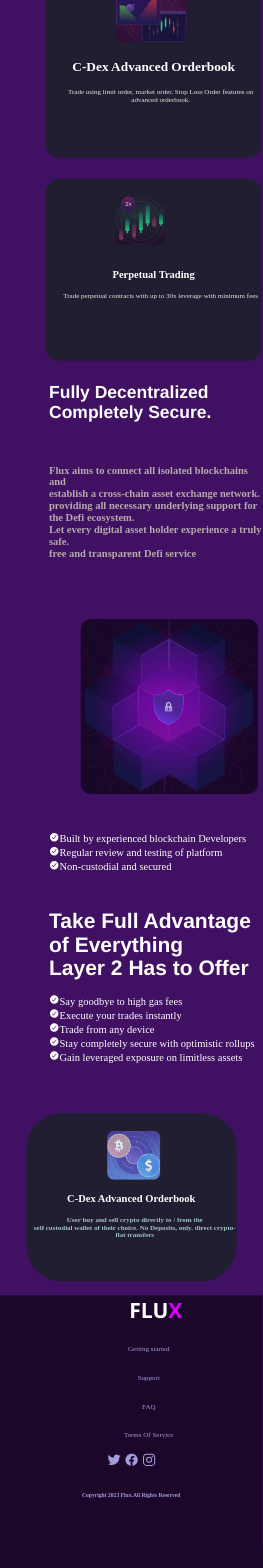
Repository: Tobby004/Flux-figma
Page: index.html
These files come from the project's save history. The page is drawn as it stood at one moment and after the next save; the edit follows.
The browser window is 375 px wide. The pictures show the part of the page from y = 699 to 2939 px (the page is 2939 px tall before and 2919 px after), at 70% of full size.

Above is the page before, as saved 2023-05-02 09:26:12.

### index.html
<!DOCTYPE html>
<html lang="en">

<head>
    <meta charset="UTF-8">
    <meta http-equiv="X-UA-Compatible" content="IE=edge">
    <meta name="viewport" content="width=device-width, initial-scale=1.0">
    <title>FLUX</title>
    <link rel="stylesheet" href="style.css">
    <script src="https://code.jquery.com/jquery-3.6.0.min.js"></script>
</head>
<header>
        <div id="band"><a href="#"> <b style="font-size:xx-large;">FLU</b><b style="color: rgb(227, 7, 208); font-size:xx-large;">X</b></var></a></div>
        <nav>
         <ul>
            <li><a href="#home">Home</a></li>
                <li><a href="#images">Dashboard </a></li>
                <li><a href="#gallery">Referrals</a></li>
                <li><a href="#about">About Us</a></li>
            <li id="signup"><a href="https://metamask.io/download/">Connect wallet</a></li>
         </ul>
        </nav>
        <div id="hamburger-icon" onclick="toggleMobileMenu(this)">
           <div class="bar1"></div>
           <div class="bar2"></div>
           <div class="bar3"></div>
           <ul class="mobile-menu">
            <li><a href="#home">HOME</a></li>
            <li><a href="#images">Dashboard</a></li>
            <li><a href="#gallery">Referrals</a></li>
            <li><a href="#about">About Us</a></li>
            <li id="signup"><a href="https://metamask.io/download/">Connect wallet</a></li>
           </ul>
        </div>
</header>
<body>
    <h4>UNIFIED PRODUCT, SIMPLIFIED TRADING</h4>
    <h2> A Fully Decentralized Perpetual <br>Exchange </h2>
    <p>An Extended Decentralized Exchange With First Ever <br>C-Dex Protocol</p>
    <div class="button">
        <input type="button" value="Start Trading">
        <input type="button" value="Add Liquidity">
    </div>
<br>
<br>
<div class="section1">
    <h4>HOME FOR DEFI</h4>
    <p>Trade against zero spread and deep liquidity with<br> advanced order types such as limit, stop-loss,<br> and more Earn fees for providing liquidity in one click</p>
</div>
<br><br>
<div class="box">
    <div class="box1">
       <img src="img1.jpg">
  <h3>C-Dex Advanced Orderbook</h3>
  <p>Trade using limit order, market order, Stop Loss Order features on <br>advanced orderbook.</p>
    </div>
    <div class="box2">
        <img src="img2.jpg">
        <h3>Perpetual Trading</h3>
        <p>Trade perpetual contracts with up to 30x leverage with minimum fees</p>
    </div>
</div>
<section>
    <h1>Fully Decentralized <br>Completely Secure.</h1>
    <h6>Flux aims to connect all isolated blockchains and <br>establish a cross-chain asset exchange network.<br>providing all necessary underlying support for the Defi ecosystem.<br> Let every digital asset holder experience a truly safe.<br>free and transparent Defi service</h6>
    <img src="IMG3.jpg">
</section>
    <checkbox>
       <a><ion-icon name="checkmark-circle"></ion-icon>Built by experienced blockchain Developers</i></a>
       <a><ion-icon name="checkmark-circle"></ion-icon>Regular review and testing of platform</a>
       <a><ion-icon name="checkmark-circle"></ion-icon>Non-custodial and secured</a>
       </checkbox>
    <h1>Take Full Advantage of Everything <br>Layer 2 Has to Offer</h1>
    <checkbox>
        <a><ion-icon name="checkmark-circle"></ion-icon>Say goodbye to high gas fees</a>
        <a><ion-icon name="checkmark-circle"></ion-icon>Execute your trades instantly</a>
        <a><ion-icon name="checkmark-circle"></ion-icon>Trade from any device</a>
        <a><ion-icon name="checkmark-circle"></ion-icon>Stay completely secure with optimistic rollups</a>
        <a><ion-icon name="checkmark-circle"></ion-icon>Gain leveraged exposure on limitless assets</a>
    </checkbox>
   <div class="boxing">
    <div class="box3">
        <img src="img5.jpg">
        <h3>C-Dex Advanced Orderbook</h3>
        <p>User buy and sell crypto directly to / from the <br>self custodial wallet of their choice. No Deposits, only. direct crypto-flat transfers</p>
    </div>
   </div>
    <div class="container">
        <h1>FLU<b>X<b/></h1>
        <a href="#">Getting started</a>
        <a href="#">Support</a>
        <a href="#">FAQ</a>
        <a href="#">Terms Of Service</a>
     <icon1>
    <ion-icon name="logo-twitter"></ion-icon>
    <ion-icon name="logo-facebook"></ion-icon>
    <ion-icon name="logo-instagram"></ion-icon>
    </icon>
    <br>
    <br>
    <li><p>Copyright 2023 Flux.All Rights Reserved</p></li>
</ul>
</div>
</body>
<script type="module" src="https://unpkg.com/ionicons@7.1.0/dist/ionicons/ionicons.esm.js"></script>
<script src="nav.js"></script>
</html>

### style.css
* {
    box-sizing: border-box;
    text-decoration: none;
    list-style: none;
}
body {
    margin: 0;
    padding: 0;
    background-color: rgb(64, 16, 98);
}
header {
    display: flex;
    height: 70px;
    justify-content: space-between;
    align-items: center;
    padding:0 90px;
    background-color: rgb(107, 56, 169);
    color: white;
    font-weight: bold;
}

header  b{
    color: white;

}
.logo {
    font-size: 35px;
    font-weight: bold;
    font-family: 'Gill Sans', 'Gill Sans MT', Calibri, 'Trebuchet MS', sans-serif;
}
.hamburger{
    display: none;
    margin-left: 30px;
}
.nav-bar ul {
    display: flex;
}
.nav-bar ul li a{
    display: block;
    color: rgb(172, 132, 203);
    font-size: 15px;
    padding: 10px 25px;
    border-radius: 40px;
    transition: 0.5s;
    margin: 0 5px;
}
.nav-bar ul li a:hover{
    color: bisque;
    background: blueviolet;
}
.nav-bar ul li .active{
    color: rgb(172, 132, 203);

}
header button {
    background:rgb(151, 1, 201);
    border-radius: 7px;
    border: none;
    height: 50px;
    color: white;
}
h4 {
    margin-top: 100px;
    text-align: center;
    color: rgb(226, 117,252);
}
h2 {
    text-align: center;
    font-size: 50px;
    font: 600px;
    font-family: 'Franklin Gothic Medium', 'Arial Narrow', Arial, sans-serif;
    color: white;
}
p {
    text-align: center;
    color: rgb(248, 225, 225);
}
.button {
    display: flex;
    padding: 20px;
    gap: 10px;
    justify-content: center;
}
input[type="button"]{
    padding: 20px;
    width: 150px;
    border-radius: 9px;
    border: none;
    color: white;
    background-color: rgb(144, 6, 189);
}
 div h4 {
    color: rgb(241, 235, 227);
    font-size: 40px;
    font-weight: lighter;

}
 div p {
    color: rgb(158, 197, 197);
    font-size: 20px;
    font-weight: lighter;
}
.box {
    margin: auto;
    display: flex;
    gap: 20px;
    margin-left: 100px;
}
.box1{
    height: 290px;
    width: 580px;
    background-color: rgb(33, 30, 49);
    border-radius: 20px;
}
.box1 h3 {
    text-align: center;
    color: white;
    font-size: 25px;
    margin-top: 20px;
}
.box1 p {
    text-align: center;
    color: rgb(225, 236, 225);
}
.box1 img{
    margin-top: 25px;
    height: 120px;
    border-radius: 10px;
    margin-left: 200px;
}
.box2 {
    height: 290px;
    width: 580px;
    background-color: rgb(33, 30, 49);
    border-radius: 20px;
}
.box2 h3{
    text-align: center;
    font-size: 25px;
    color: white;
    margin-top: 30px;
}
.box2 p {
    text-align: center;
    color: rgb(225, 236, 225);
}
.box2 img {
    margin-top: 25px;
    height: 120px;
    border-radius: 10px;
   margin-left: 200px;
}
section h1 {
    margin-left: 70px;
    color: white;
    font-size: 50px;
    margin-top: 100px;
    margin-bottom: 30px;
}
section img{
    margin-top: 50px;
    height: 350px;
    border-radius: 15px;
    border: none;
   margin-left: 100px;
   margin-bottom: 50px;
}
section h6 {
    color: rgb(182, 170, 170);
    font-size: 20px;
    margin-left: 70px;
    margin-top: 60px;
}

checkbox a {
    display: block;
    font-size: 20px;
    position: relative;
    color: white;
    margin-left: 70px;
}

h1 {
    color: white;
    font-size: 50px;
    margin-top: 50px;
    margin-left: 70px;
}
.boxing{
    margin-top: 70px;
}
.box3 {
    margin-bottom: 300px;
    margin: auto;
    height: 320px;
    width: 980px;
    border-radius: 50px;
    border: none;
    background: rgb(33, 30, 49);
}
.box3 img {
  margin-top: 25px;
  height: 80px;
  margin-left: 400px;
  border-radius: 10px;
}
.box3 h3{
    text-align: center;
    color: white;
    font-size: 25px
}
.container{
    height: 390px;
    margin-right: auto;
    margin-left: auto;
    background: rgb(26, 7, 41);
}
.container h1 {
    margin-top: 20px;
    color: white;
    text-align: center;
    font-family: 'Segoe UI', Tahoma, Geneva, Verdana, sans-serif;
}
.container  h1 b {
    color: rgb(218, 0, 255);
}
.container a {
    display: flex;
    font-size: 20px;
    text-align: center;
    padding: 10px;
    margin-left: 300px;
    color: rgb(163, 157, 221);
}
.container icon1 {
    display: flex;
    gap: 8px;
    margin-top: 20px;
    margin-left: 140px;
    color: rgb(163, 157, 221);
    font-size: 40px;
}
.container li p {
    display: inline;
    text-align: center;
    color: rgb(163, 157, 221);
    font-size: 20px;
}


@media only screen  and (max-width:500px)
{
 h4 {
    font-size: 12px;
    text-align: center;
    font-weight: bolder;
 }
 h2 {
    font-size: 20px;
    text-align: center;
    margin-right: 20px;

 }
 input[type="button"]{
    padding: 17px;
    display: flex;
    justify-content: center;
    width: 28%;
 }
div h4 {
    font-size: 20px;
    text-align: center;
    font-weight: bolder;
    margin-left: 20px;
    font-family: Georgia, 'Times New Roman', Times, serif;
}
p {
    font-size: 10px;
    text-align: center;
}
 div p {
    font-size: 10px;
    text-align: center;
    font-weight: bolder;
    margin-left: 20px;
 }
 .box {
    display: inline-block;
    margin-inline: 20px;
    gap: 30px;
    margin-left: auto;
    margin-right: auto;
 }
 .box1{
    margin-top: 30px;
    height: 260px;
    width: 85%;
    margin-left: 65px;
}
 .box1 img {
    height: 70px;
    margin-left: 100px;
}
 .box1 h3{
   font-size: 19px;
}
 .box1 p{
    font-size: 10px;
    font-weight: lighter;
}
 .box2 {
    margin-top: 30px;
    height: 260px;
    width: 85%;
    margin-left: 65px;
}
 .box2 img {
   height: 70px;
   margin-left: 100px;
}
 .box2 h3 {
   font-size: 15px;
}
 .box2 p {
   font-size: 10px;
   font-weight: lighter;
}
 section img {
    height: 250px;
    margin-left: 115px;
}
 section h1 {
    margin-top: 30px;
    align-items: center;
    font-size: 25px;
    margin-right: 25px;
}
 section h6 {
    font-size: 15px;
    align-items: center;
}
 h1 {
    font-size: 30px;
    font-family: 'Franklin Gothic Medium', 'Arial Narrow', Arial, sans-serif;
}
 checkbox a {
    font-size: 15px;
    line-height: 20px;
    align-items: center;
}
 .box3 {
    height: 240px;
    width: 80%;
}
.box3 img {
    height: 70px;
    margin-left: 115px;
}
.box3 h3 {
    font-size: 15px;
    text-align: center;
}
.box3 p{
   font-size: 10px;
   margin-left: 10px;
}
.container a{
    display: block;
    font-weight: lighter;
    margin-left: 50px;
    margin-bottom: 10px;
    font-size: 10px;
    text-align: center;
    align-items: center;
    align-content: center;
}
.container icon1{
    display: block;
    font-size: 20px;
    margin:auto;
    text-align: center;
    align-content: center;
    align-items: center;
}
.container li p {
    display: block;
    margin-right: 20px;
    font-size: 8px;
    align-items: center;
}
@media only screen and (max-width: 1200px) {
    header {
        padding: 0 50px;
    }
}

@media only screen and (max-width: 800px) {
    header {
        padding: 0 30px;
    }
}
@media only screen and (max-width: 900px) {
    .hamburger {
        display: block;
        cursor: pointer;
    }
    .hamburger .line {
        width: 30px;
        height: 3px;
        background: white;
        margin: 3px 0;
    }
    .nav-bar {
        height: 0;
        position: absolute;
        top: 80px;
        left: 0;
        right: 0;
        width: 100vm;
        background: #11101b;
        transition: 0.25s;
        overflow: hidden;
    }
    .nav-bar .active{
        height: 500px;
    }
    .nav-bar ul {
        display: block;
        width: fit-content;
        margin: 60px auto 0 auto;
        text-align: center;
        transition: 0.5s;
        opacity: 0;
    }
    .nav-bar .active ul{
        opacity: 1;
    }
    .nav-bar ul li a {
        margin-bottom: 12px;
        color: blue;
    }
}

}

header{
    padding: 0 20px;
    background-color: #30023a;
    height: 50px;
    display: flex;
    justify-content: space-between;

}
header a {
        text-decoration: none;
        color: rgb(154, 38, 38);}
header a:hover{
    color: #7663b9;
}
#brand{
    font-weight: bold;
    font-size: 200px;
    display: flex;
    align-items:center;
}
#brand a {
    color: #139b57;
}
ul{
    list-style: none;
    display: flex;
    align-items: center;
    justify-content: space-between;
}
ul a{
    color: white;
}

ul li {padding: 5px;
      margin-left: 10px;
}

#login,#signup {
    border-radius: 5px;
    padding: 5px 8px;
}
#signup{
  border: 1px solid rgb(73, 2, 93);
  background-color: rgb(86, 5, 109);
  font-weight: lighter;
  padding: 15px;

}
#hamburger-icon{
    margin: auto 0;
    display: none;
     cursor:pointer;
}

#hamburger-icon div {width: 35px;
   height: 3px; background-color: rgb(247, 248, 245);
   margin: 8px 0;
   transition: 0.4s;
}
.open  .bar1{
-webkit-transform: rotate(-45deg) translate(-6px , 6px);
transform:rotate(-45deg) translate(-6px ,6px);
}
.open .bar2{opacity: 0;}
.open .bar3{
    -webkit-transform: rotate(45deg) translate(-6px , -8px);
transform:rotate(45deg) translate(-6px ,-8px);
}
.open  .mobile-menu{
display: flex;
flex-direction: column;
align-items: center;
justify-content: flex-start;
}
.mobile-menu{
display: none;
position: absolute;
top: 50px;
left: 0;
height: calc(100vh-50px);
width: 100%;
background-color:rgb(34, 4, 42);;
}
.mobile-menu li
{
margin-bottom: 10px;
}
@media only screen and (max-width:500px)
{
header nav{
    display: none;
}
#hamburger-icon{
    display: block;
}
}

Loaded but not shown: nav.js (common file)

After the next save:
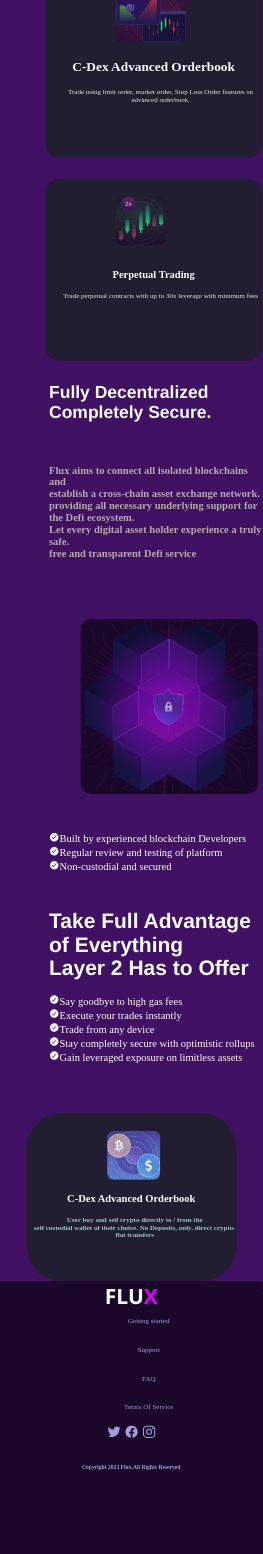
Saved 21 min 16 s later.
--- a/style.css
+++ b/style.css
@@ -364,6 +364,12 @@ p {
    font-size: 10px;
    margin-left: 10px;
 }
+.container h1 {
+    margin: auto;
+    text-align: center;
+    align-content: center;
+    align-items: center;
+}
 .container a{
     display: block;
     font-weight: lighter;
